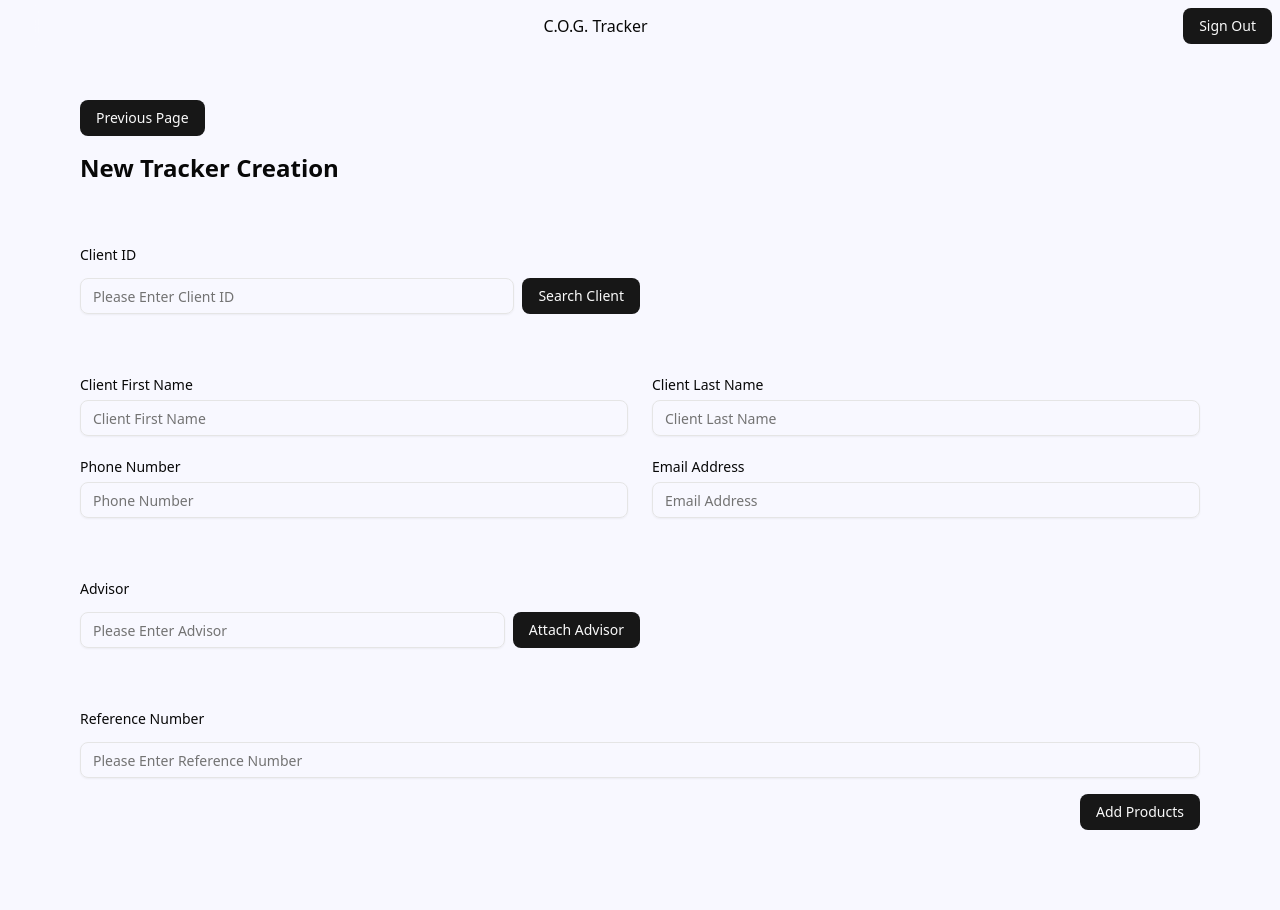
Repository: Renzo-Salosagcol/cog_tracker
Page: /dashboard/add-tracker
These files come from the project's save history. The page is drawn as it stood at one moment and after the next save; the edit follows.
The browser window is 1280 px wide. The pictures show the whole page.
The page's requests for data from a server got no answer. The project was rebuilt for these pictures with package versions that can differ from the ones it lists, and the page was loaded fresh each time. The framework's server and built-in components were replaced by stand-ins that run in the browser. No one was signed in, and anything a server would have sent is missing. Also part of the build but not shown: next.config.ts.

Above is the page before, as saved 2026-01-14 20:39:56.

### app/layout.tsx
import type { Metadata } from "next";
import { Geist, Geist_Mono } from "next/font/google";
import "./globals.css";

const geistSans = Geist({
  variable: "--font-geist-sans",
  subsets: ["latin"],
});

const geistMono = Geist_Mono({
  variable: "--font-geist-mono",
  subsets: ["latin"],
});

export const metadata: Metadata = {
  title: "COG Tracker",
  description: "COG tracker created to track client owned goods in a centralized and easily accessible way",
};

export default function RootLayout({
  children,
}: Readonly<{
  children: React.ReactNode;
}>) {
  return (
    <html lang="en">
      <body
        className={`${geistSans.variable} ${geistMono.variable} antialiased`}
      >
        {children}
      </body>
    </html>
  );
}

### app/dashboard/add-tracker/page.tsx
"use client";
import { Navbar } from "@/components/navbar";
import { Button } from "@/components/ui/button";
import { Separator } from "@radix-ui/react-separator";
import { Input } from "@/components/ui/input";
import { Label } from "@/components/ui/label";


export default function AddTrackerPage() {
  return (
    <div className="root-page-element bg-background items-center justify-center p-10">
      <Navbar />
      <div className=" w-full min-h-screen h-full flex flex-col gap-4 p-10 mt-5">
        <div className="mt-0 items-left w-full">
          <Button>Previous Page</Button>
        </div>
        <h1 className="font-bold text-2xl">
          New Tracker Creation
        </h1>
        <Separator className="my-4" />
        <div className="flex flex-col gap-4">
          <Label htmlFor="client-id">Client ID</Label>
          <div className="flex gap-2 w-1/2">
            <Input id="client-id" placeholder="Please Enter Client ID"/>
            <Button>Search Client</Button>
          </div>
        </div>
        <Separator className="my-4" />
        <div className="grid grid-cols-2 gap-6 w-full">
          <div className="flex flex-col gap-2">
            <Label htmlFor="client-first-name">Client First Name</Label>
            <Input id="client-first-name" placeholder="Client First Name"/>
          </div>
          <div className="flex flex-col gap-2">
            <Label htmlFor="client-last-name">Client Last Name</Label>
            <Input id="client-last-name" placeholder="Client Last Name"/>
          </div>
          <div className="flex flex-col gap-2">
            <Label htmlFor="phone-number">Phone Number</Label>
            <Input id="phone-number" placeholder="Phone Number"/>
          </div>
          <div className="flex flex-col gap-2">
            <Label htmlFor="email-address">Email Address</Label>
            <Input id="email-address" placeholder="Email Address"/>
          </div>
        </div>
        <Separator className="my-4" />
        <div className="flex flex-col gap-4">
          <Label htmlFor="advisor">Advisor</Label>
          <div className="flex gap-2 w-1/2">
            <Input id="advisor" placeholder="Please Enter Advisor"/>
            <Button>Attach Advisor</Button>
          </div>
        </div>
        <Separator className="my-4" />
        <div className="flex flex-col gap-4">
          <Label htmlFor="reference-number">Reference Number</Label>
          <Input id="reference-number" placeholder="Please Enter Reference Number"/>
        </div>
        <div className="flex justify-end w-full">
          <Button>Add Products</Button>
        </div>
      </div>
    </div>
  );
}

### app/globals.css
@import "tailwindcss";
@import "tw-animate-css";

@custom-variant dark (&:is(.dark *));

@theme inline {
  --radius-sm: calc(var(--radius) - 4px);
  --radius-md: calc(var(--radius) - 2px);
  --radius-lg: var(--radius);
  --radius-xl: calc(var(--radius) + 4px);
  --radius-2xl: calc(var(--radius) + 8px);
  --radius-3xl: calc(var(--radius) + 12px);
  --radius-4xl: calc(var(--radius) + 16px);
  --color-background: var(--background);
  --color-foreground: var(--foreground);
  --color-card: var(--card);
  --color-card-foreground: var(--card-foreground);
  --color-popover: var(--popover);
  --color-popover-foreground: var(--popover-foreground);
  --color-primary: var(--primary);
  --color-primary-foreground: var(--primary-foreground);
  --color-secondary: var(--secondary);
  --color-secondary-foreground: var(--secondary-foreground);
  --color-muted: var(--muted);
  --color-muted-foreground: var(--muted-foreground);
  --color-accent: var(--accent);
  --color-accent-foreground: var(--accent-foreground);
  --color-destructive: var(--destructive);
  --color-border: var(--border);
  --color-input: var(--input);
  --color-ring: var(--ring);
  --color-chart-1: var(--chart-1);
  --color-chart-2: var(--chart-2);
  --color-chart-3: var(--chart-3);
  --color-chart-4: var(--chart-4);
  --color-chart-5: var(--chart-5);
  --color-sidebar: var(--sidebar);
  --color-sidebar-foreground: var(--sidebar-foreground);
  --color-sidebar-primary: var(--sidebar-primary);
  --color-sidebar-primary-foreground: var(--sidebar-primary-foreground);
  --color-sidebar-accent: var(--sidebar-accent);
  --color-sidebar-accent-foreground: var(--sidebar-accent-foreground);
  --color-sidebar-border: var(--sidebar-border);
  --color-sidebar-ring: var(--sidebar-ring);
  --color-facebook: var(--facebook-blue);
}

:root {
  --radius: 0.625rem;
  --background: #f8f8ff; /* Ghost White */
  --foreground: #080808; /* Vampire Black */
  --card: oklch(1 0 0);
  --card-foreground: oklch(0.145 0 0);
  --popover: oklch(1 0 0);
  --popover-foreground: oklch(0.145 0 0);
  --primary: oklch(0.205 0 0);
  --primary-foreground: oklch(0.985 0 0);
  --secondary: oklch(0.97 0 0);
  --secondary-foreground: oklch(0.205 0 0);
  --muted: oklch(0.97 0 0);
  --muted-foreground: oklch(0.556 0 0);
  --accent: oklch(0.97 0 0);
  --accent-foreground: oklch(0.205 0 0);
  --destructive: oklch(0.577 0.245 27.325);
  --border: oklch(0.922 0 0);
  --input: oklch(0.922 0 0);
  --ring: oklch(0.708 0 0);
  --chart-1: oklch(0.646 0.222 41.116);
  --chart-2: oklch(0.6 0.118 184.704);
  --chart-3: oklch(0.398 0.07 227.392);
  --chart-4: oklch(0.828 0.189 84.429);
  --chart-5: oklch(0.769 0.188 70.08);
  --sidebar: oklch(0.985 0 0);
  --sidebar-foreground: oklch(0.145 0 0);
  --sidebar-primary: oklch(0.205 0 0);
  --sidebar-primary-foreground: oklch(0.985 0 0);
  --sidebar-accent: oklch(0.97 0 0);
  --sidebar-accent-foreground: oklch(0.205 0 0);
  --sidebar-border: oklch(0.922 0 0);
  --sidebar-ring: oklch(0.708 0 0);
  --facebook-blue: #0165E1;
}

.dark {
  --background: #080808; /* Vampire Black */
  --foreground: #f8f8ff; /* Ghost White */
  --card: oklch(0.205 0 0);
  --card-foreground: oklch(0.985 0 0);
  --popover: oklch(0.205 0 0);
  --popover-foreground: oklch(0.985 0 0);
  --primary: oklch(0.922 0 0);
  --primary-foreground: oklch(0.205 0 0);
  --secondary: oklch(0.269 0 0);
  --secondary-foreground: oklch(0.985 0 0);
  --muted: oklch(0.269 0 0);
  --muted-foreground: oklch(0.708 0 0);
  --accent: oklch(0.269 0 0);
  --accent-foreground: oklch(0.985 0 0);
  --destructive: oklch(0.704 0.191 22.216);
  --border: oklch(1 0 0 / 10%);
  --input: oklch(1 0 0 / 15%);
  --ring: oklch(0.556 0 0);
  --chart-1: oklch(0.488 0.243 264.376);
  --chart-2: oklch(0.696 0.17 162.48);
  --chart-3: oklch(0.769 0.188 70.08);
  --chart-4: oklch(0.627 0.265 303.9);
  --chart-5: oklch(0.645 0.246 16.439);
  --sidebar: oklch(0.205 0 0);
  --sidebar-foreground: oklch(0.985 0 0);
  --sidebar-primary: oklch(0.488 0.243 264.376);
  --sidebar-primary-foreground: oklch(0.985 0 0);
  --sidebar-accent: oklch(0.269 0 0);
  --sidebar-accent-foreground: oklch(0.985 0 0);
  --sidebar-border: oklch(1 0 0 / 10%);
  --sidebar-ring: oklch(0.556 0 0);
  --facebook-blue: #0165E1;
}

@layer base {
  * {
    @apply border-border outline-ring/50;
  }
  body {
    @apply bg-background text-foreground;
  }
}

@utility root-page-element {
  @apply min-h-screen flex flex-col items-center justify-center top-0 left-0 w-full;
}

@utility glassmorphism {
  @apply bg-background/70 backdrop-blur-lg
}

### components/navbar.tsx
import { supabase } from "@/lib/supabase"
import { Button } from "./ui/button"
import { getUserInformation } from "@/lib/supabase"
import { useRouter } from "next/navigation";
import { useState, useEffect } from "react";

export const Navbar = () => {
  const router = useRouter();
  const [user, setUser] = useState(null);

  useEffect(() => {
    const getUser = async () => {
      const supabaseUser = await getUserInformation();
      setUser(supabaseUser);
    };
    getUser();
  }, []);

  async function signOut() {
    let { error } = await supabase.auth.signOut()
  }

  useEffect(() => {
    const { data: { subscription } } = supabase.auth.onAuthStateChange((event, session) => {
      if (event == "SIGNED_OUT") {
          router.push("/");
      }
    });
    return () => subscription?.unsubscribe();
  }, [router]);

  return (
    <nav className="top-0 left-0 w-full glassmorphism fixed">
      <div className="flex flex-row items-center justify-between p-2">
        <div className="items-left">{user?.email}</div>
        <h1>C.O.G. Tracker</h1>
        <Button onClick={signOut}>Sign Out</Button>
      </div>
    </nav>
  )
}

### components/ui/button.tsx
import * as React from "react"
import { Slot } from "@radix-ui/react-slot"
import { cva, type VariantProps } from "class-variance-authority"

import { cn } from "@/lib/utils"

const buttonVariants = cva(
  "inline-flex items-center justify-center gap-2 whitespace-nowrap rounded-md text-sm font-medium transition-all disabled:pointer-events-none disabled:opacity-50 [&_svg]:pointer-events-none [&_svg:not([class*='size-'])]:size-4 shrink-0 [&_svg]:shrink-0 outline-none focus-visible:border-ring focus-visible:ring-ring/50 focus-visible:ring-[3px] aria-invalid:ring-destructive/20 dark:aria-invalid:ring-destructive/40 aria-invalid:border-destructive",
  {
    variants: {
      variant: {
        default: "bg-primary text-primary-foreground hover:bg-primary/90",
        destructive:
          "bg-destructive text-white hover:bg-destructive/90 focus-visible:ring-destructive/20 dark:focus-visible:ring-destructive/40 dark:bg-destructive/60",
        outline:
          "border bg-background shadow-xs hover:bg-accent hover:text-accent-foreground dark:bg-input/30 dark:border-input dark:hover:bg-input/50",
        secondary:
          "bg-secondary text-secondary-foreground hover:bg-secondary/80",
        ghost:
          "hover:bg-accent hover:text-accent-foreground dark:hover:bg-accent/50",
        link: "text-primary underline-offset-4 hover:underline",
        facebook: "bg-facebook text-white hover:bg-facebook/90",
      },
      size: {
        default: "h-9 px-4 py-2 has-[>svg]:px-3",
        sm: "h-8 rounded-md gap-1.5 px-3 has-[>svg]:px-2.5",
        lg: "h-10 rounded-md px-6 has-[>svg]:px-4",
        icon: "size-9",
        "icon-sm": "size-8",
        "icon-lg": "size-10",
      },
    },
    defaultVariants: {
      variant: "default",
      size: "default",
    },
  }
)

function Button({
  className,
  variant = "default",
  size = "default",
  asChild = false,
  ...props
}: React.ComponentProps<"button"> &
  VariantProps<typeof buttonVariants> & {
    asChild?: boolean
  }) {
  const Comp = asChild ? Slot : "button"

  return (
    <Comp
      data-slot="button"
      data-variant={variant}
      data-size={size}
      className={cn(buttonVariants({ variant, size, className }))}
      {...props}
    />
  )
}

export { Button, buttonVariants }

### components/ui/input.tsx
import * as React from "react"

import { cn } from "@/lib/utils"

function Input({ className, type, ...props }: React.ComponentProps<"input">) {
  return (
    <input
      type={type}
      data-slot="input"
      className={cn(
        "file:text-foreground placeholder:text-muted-foreground selection:bg-primary selection:text-primary-foreground dark:bg-input/30 border-input h-9 w-full min-w-0 rounded-md border bg-transparent px-3 py-1 text-base shadow-xs transition-[color,box-shadow] outline-none file:inline-flex file:h-7 file:border-0 file:bg-transparent file:text-sm file:font-medium disabled:pointer-events-none disabled:cursor-not-allowed disabled:opacity-50 md:text-sm",
        "focus-visible:border-ring focus-visible:ring-ring/50 focus-visible:ring-[3px]",
        "aria-invalid:ring-destructive/20 dark:aria-invalid:ring-destructive/40 aria-invalid:border-destructive",
        className
      )}
      {...props}
    />
  )
}

export { Input }

### lib/supabase.ts
import { createClient } from '@supabase/supabase-js';

const supabaseUrl = process.env.NEXT_PUBLIC_SUPABASE_URL;
const supabaseAnonKey = process.env.NEXT_PUBLIC_SUPABASE_ANON_KEY;

export const supabase = createClient(supabaseUrl, supabaseAnonKey);

export async function getUserInformation() {
  const { data: { user } } = await supabase.auth.getUser()

  return user;
}

Loaded but not shown: components/ui/label.tsx (common file); lib/utils.ts (common file)

After the next save:
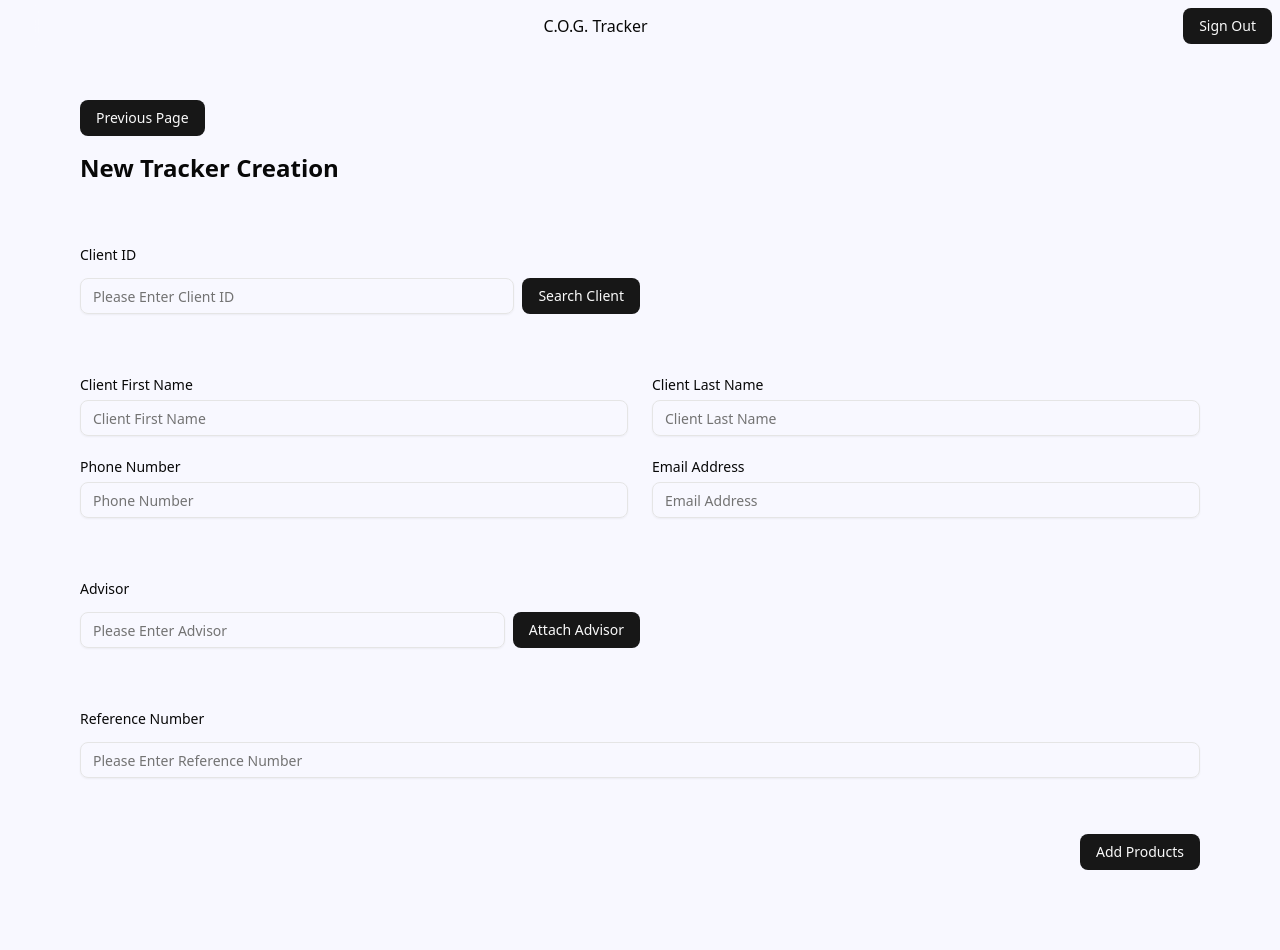
Saved 5 s later.
--- a/app/dashboard/add-tracker/page.tsx
+++ b/app/dashboard/add-tracker/page.tsx
@@ -57,7 +57,7 @@ export default function AddTrackerPage() {
           <Label htmlFor="reference-number">Reference Number</Label>
           <Input id="reference-number" placeholder="Please Enter Reference Number"/>
         </div>
-        <div className="flex justify-end w-full">
+        <div className="flex justify-end w-full mt-10">
           <Button>Add Products</Button>
         </div>
       </div>
